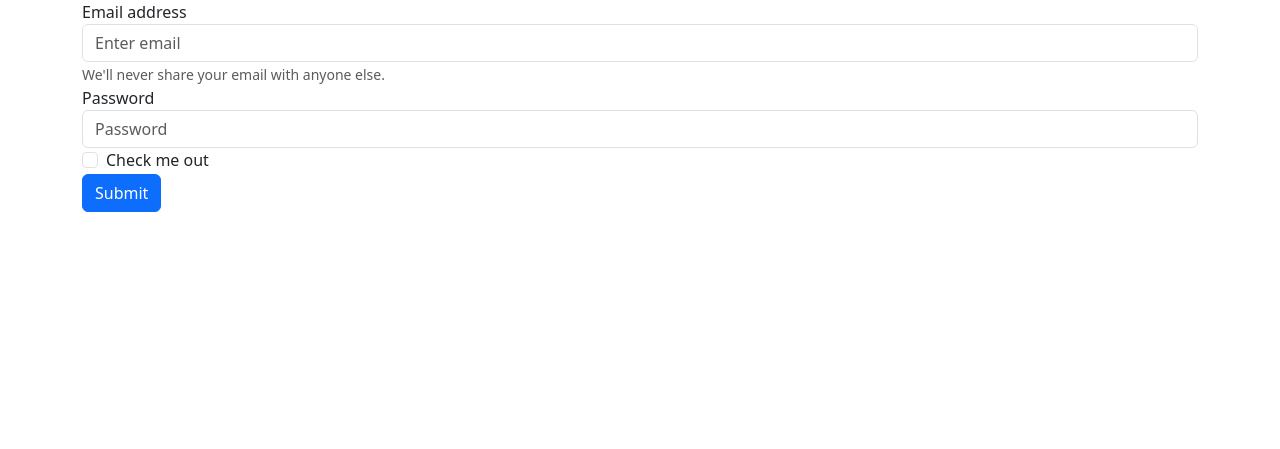
Repository: AyushMahatara/PHP-Simple-CRUD-with-JSON
Page: http://localhost/user/update.php?id=4
These files come from the project's save history. The page is drawn as it stood at one moment and after the next save; the edit follows.
The browser window is 1280 px wide. The pictures show the whole page.
The page is run by PHP 8.4 with error messages shown; the project is at /var/www/html/.

Above is the page before, as saved 2024-03-20 16:34:09.

After the next save:
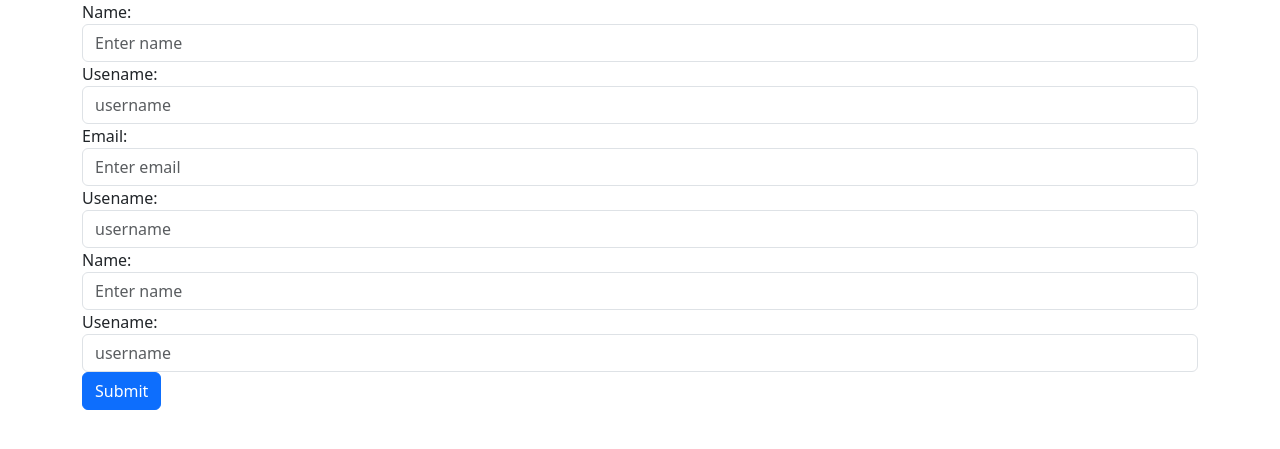
Saved 24 min 28 s later.
--- a/user/update.php
+++ b/user/update.php
@@ -22,18 +22,32 @@ if (!$user) {
 
     <form method="POST" enctype="multipart/form-data">
         <div class="form-group">
-            <label for="exampleInputEmail1">Email address</label>
-            <input type="email" class="form-control" id="exampleInputEmail1" aria-describedby="emailHelp" placeholder="Enter email">
-            <small id="emailHelp" class="form-text text-muted">We'll never share your email with anyone else.</small>
+            <label>Name:</label>
+            <input type="name" name="name" class="form-control" placeholder="Enter name">
         </div>
         <div class="form-group">
-            <label for="exampleInputPassword1">Password</label>
-            <input type="password" class="form-control" id="exampleInputPassword1" placeholder="Password">
+            <label>Usename:</label>
+            <input type="username" name="username" class="form-control" placeholder="username">
         </div>
-        <div class="form-check">
-            <input type="checkbox" class="form-check-input" id="exampleCheck1">
-            <label class="form-check-label" for="exampleCheck1">Check me out</label>
+        <div class="form-group">
+            <label>Email:</label>
+            <input type="email" name="email" class="form-control" placeholder="Enter email">
         </div>
+        <div class="form-group">
+            <label>Usename:</label>
+            <input type="username" name="username" class="form-control" placeholder="username">
+        </div>
+
+        <div class="form-group">
+            <label>Name:</label>
+            <input type="name" name="name" class="form-control" placeholder="Enter name">
+        </div>
+        <div class="form-group">
+            <label>Usename:</label>
+            <input type="username" name="username" class="form-control" placeholder="username">
+        </div>
+
+
         <button type="submit" class="btn btn-primary">Submit</button>
     </form>
 
